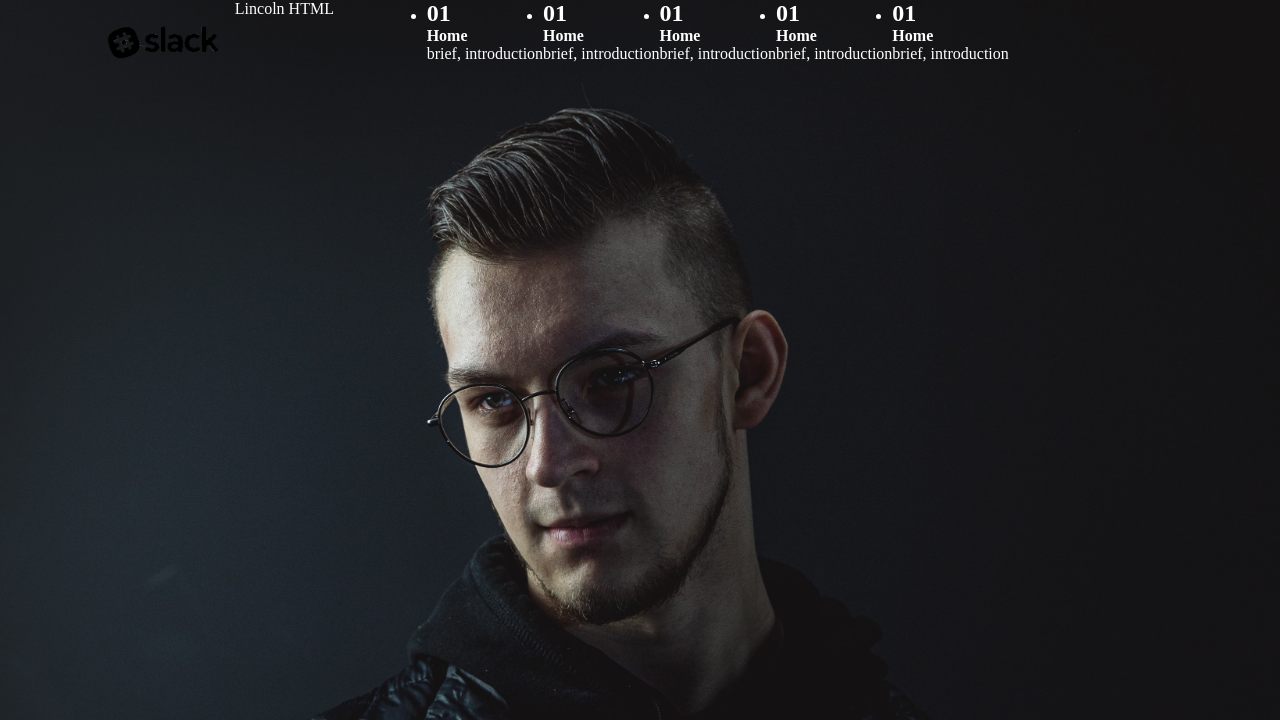
Repository: linco6054/simple-html
Page: index.html
An editor plug-in stored every save of this project. The page is shown before and after a run of saves, followed by the edit.
The browser window is 1280 px wide. The pictures show the whole page.

Above is the page before, as saved 2021-08-16 15:43:19.

After the next 2 saves:
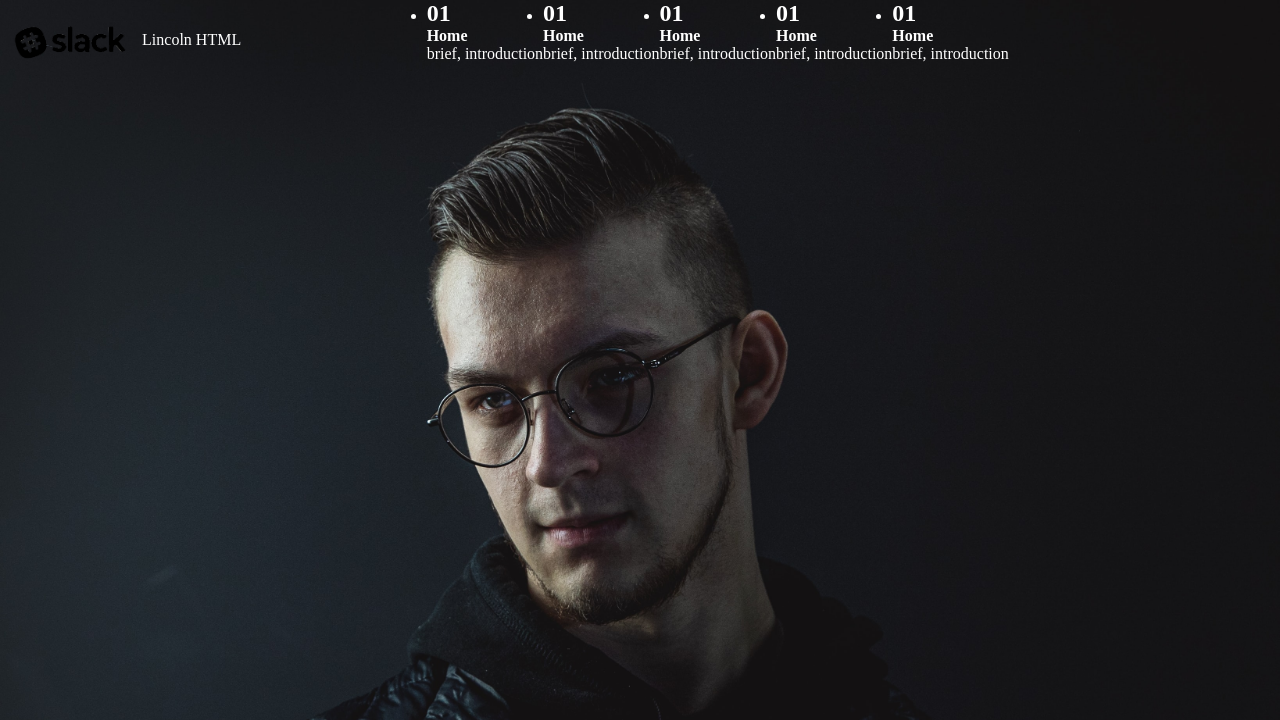
The 2 saves are shown as one change because they came seconds apart.
The last was saved 13 s later.
--- a/style.css
+++ b/style.css
@@ -25,8 +25,8 @@
 }
 nav > div {
   flex: 2;
-  justify-content: center;
-  align-items: left;
+  justify-content: left;
+  align-items: center;
   display: flex;
 }
 nav > div > img {
